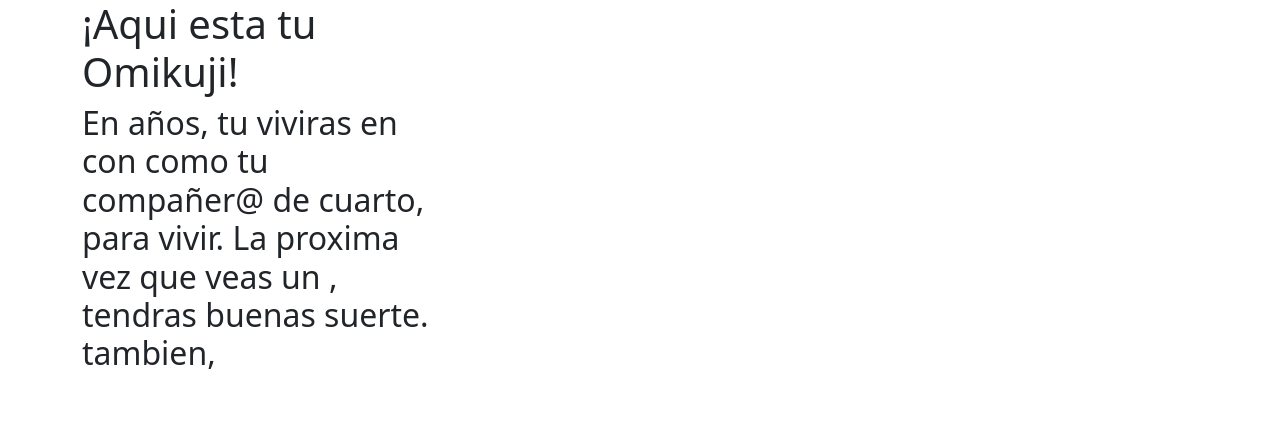
Repository: fanoneytor/condingDojo-JavaSpring
Page: http://localhost/Omikuji/WEB-INF/show.jsp
An editor plug-in stored every save of this project. The page is shown before and after the next save, followed by the edit.
The browser window is 1280 px wide. The pictures show the whole page.
The page is served by Tomcat 9. Nobody is signed in. The template is opened directly, without the code that normally fills it, so the values that code supplies are empty.

Above is the page before, as saved 2023-03-12 18:58:15.

After the next save:
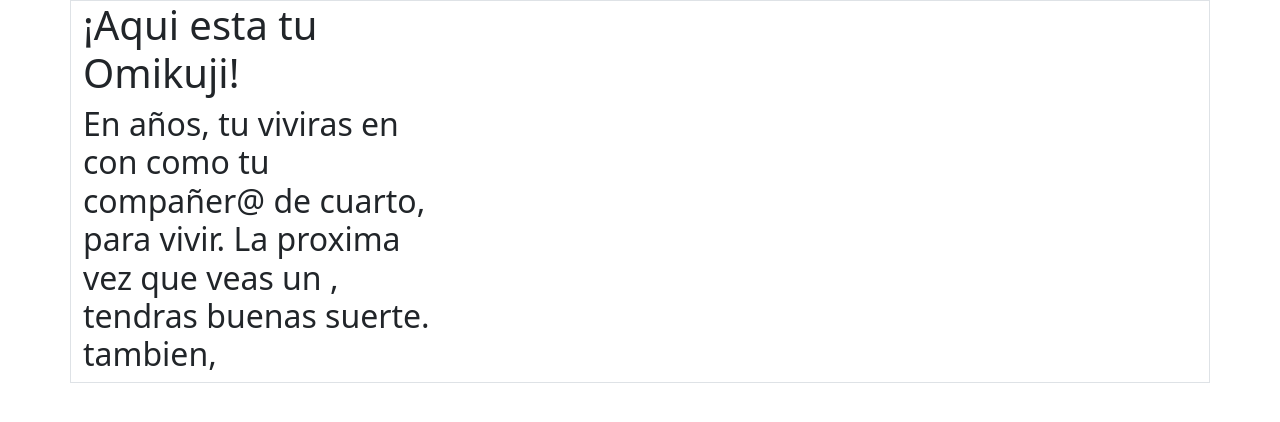
Saved 5 min 16 s later.
--- a/workspace/Omikuji/src/main/webapp/WEB-INF/show.jsp
+++ b/workspace/Omikuji/src/main/webapp/WEB-INF/show.jsp
@@ -9,7 +9,7 @@
 <link href="https://cdn.jsdelivr.net/npm/bootstrap@5.0.2/dist/css/bootstrap.min.css" rel="stylesheet" integrity="sha384-EVSTQN3/azprG1Anm3QDgpJLIm9Nao0Yz1ztcQTwFspd3yD65VohhpuuCOmLASjC" crossorigin="anonymous">
 </head>
 <body>
-	<div class="container">
+	<div class="container border">
 		<div class="row">
 			<div class="col-4">
 				<h1>¡Aqui esta tu Omikuji!</h1>
